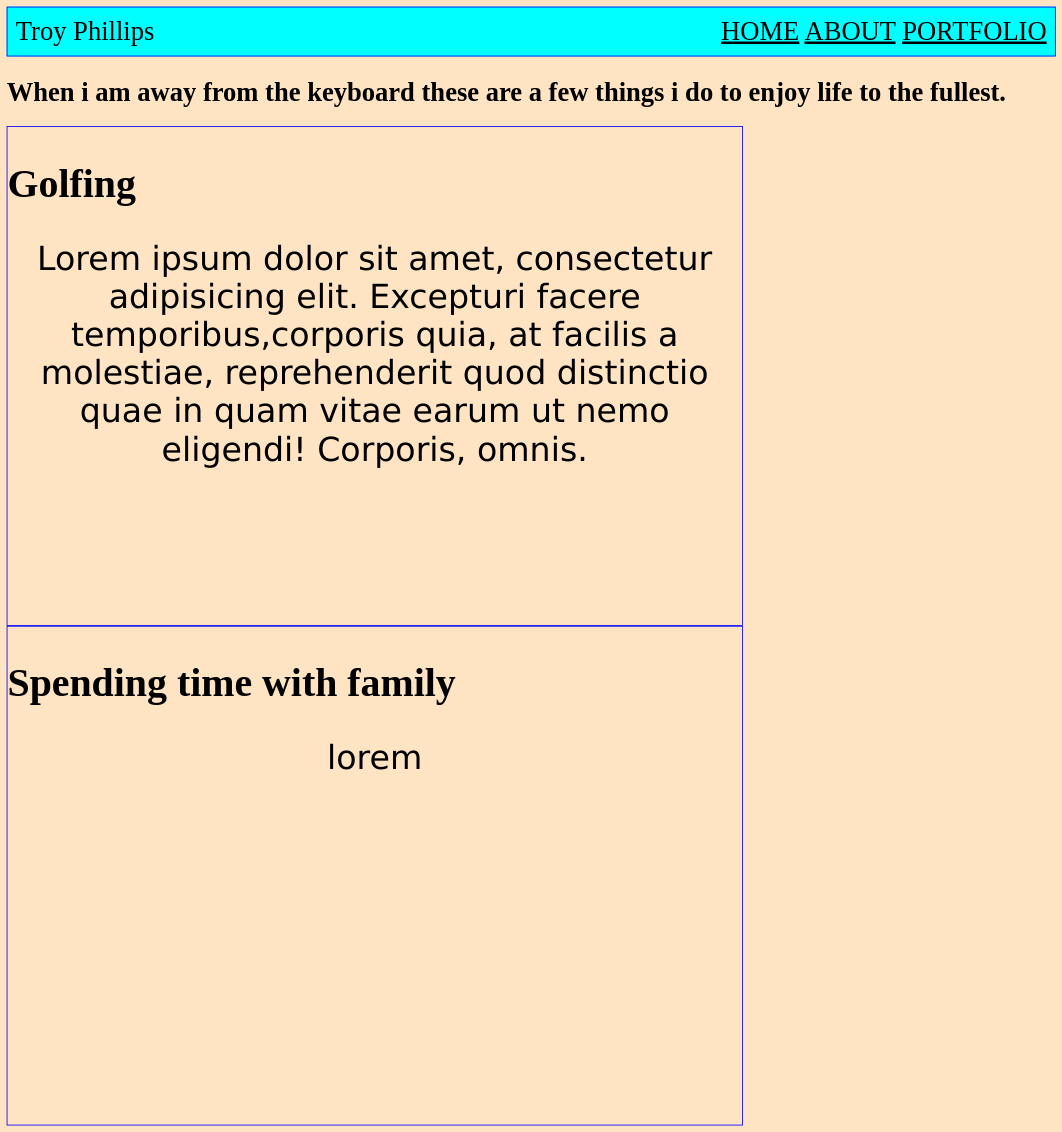
Repository: TheTroyPhillips/Personal-website
Page: about.html
The author's editor kept a copy of each file at every save. The page is drawn from the files as they stood at one save, then again after a run of saves.
The browser window is 1280 px wide. The pictures show the whole page, at 83% of full size.

Above is the page before, as saved 2023-09-10 22:26:22.

### about.html
<!DOCTYPE html>
<html lang="en">
<head>
    <meta charset="UTF-8">
    <meta name="viewport" content="width=device-width, initial-scale=1.0">
    <title>Document</title>
    <link rel="stylesheet" href="style.css">
</head>
<body>
    <div class="parent">
        <div class="child">
            <span class="myname">Troy Phillips</span>
        <nav class="pages">
            <a class="active" href="/">HOME</a>
            <a href="/about.html">ABOUT</a>
            <a href="/portfolio.html">PORTFOLIO</a>
        </div>
        <h1 class="about">When i am away from the keyboard these are
            a few things i do to enjoy life to the fullest.</h1>
        <div class="childb">
            <section>
                <h2>Golfing</h2>
                <p class="pa">Lorem ipsum dolor sit amet, consectetur adipisicing elit. Excepturi facere
                     temporibus,corporis quia, at facilis a molestiae, reprehenderit quod
                      distinctio quae in quam vitae earum ut nemo eligendi! Corporis, omnis.</p>
         </div>
         <div class="childb">
            <section>
                <h2>Spending time with family</h2>
                <p class="pa">lorem</p>
            </section>
         </div>
</body>
</html>

### style.css
.child{
    width: 100%;
    height: 60px;
    border: 1px solid blue;
    display: inline-block;
    box-sizing: border-box;
    background-color: aqua;
    padding: 10px;
}
.childb{
    width: 70%;
    height: 600px;
    border: 1px solid blue
}
.myname{
    float: left;
    font-size: 2rem;
}
.pages{
    float: right;
    font-size: 2rem;
}
.pages a.active{
    color: inherit;
}
.pages a{
    color: inherit;
}
body{
    background-color: bisque;
}
main{
    text-align: center;
    margin-left: 5%;
    margin-right: 5%;
    font-size: 1.8rem;
}
p{
    text-align: center;
    font-size: 2.5rem;
    font-family: Verdana, Geneva, Tahoma, sans-serif;
    margin: 130px;
}
.pa{
    margin: 10px;
}
h2{
    font-size: 3rem;
}

After the next 2 saves:
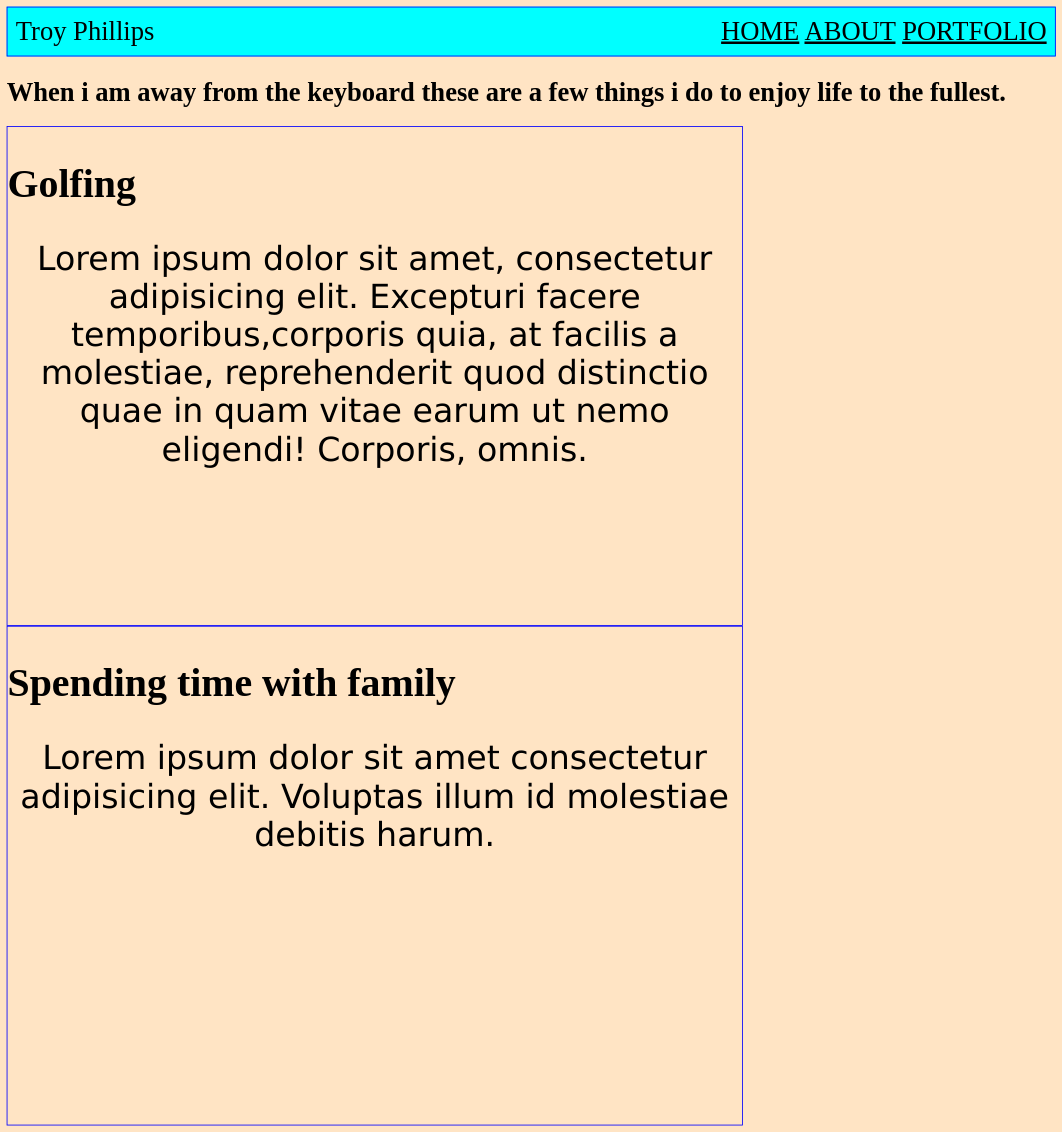
The 2 saves are shown as one change because they came seconds apart.
The last was saved 10 s later.
--- a/about.html
+++ b/about.html
@@ -27,7 +27,8 @@
          <div class="childb">
             <section>
                 <h2>Spending time with family</h2>
-                <p class="pa">lorem</p>
+                <p class="pa">Lorem ipsum dolor sit amet consectetur adipisicing elit.
+                     Voluptas illum id molestiae debitis harum.</p>
             </section>
          </div>
 </body>
